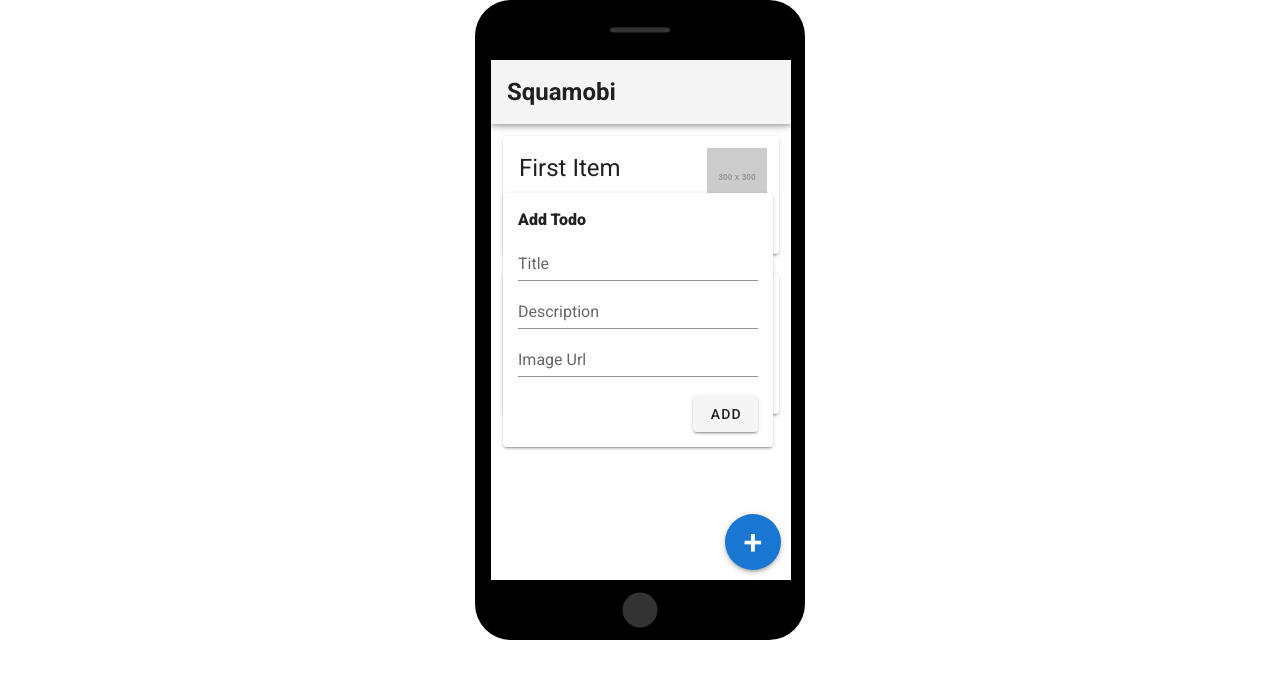
Repository: Keepnox/squamobi-interview
Page: /
An editor plug-in stored every save of this project. The page is shown before and after the next save, followed by the edit.
The browser window is 1280 px wide. The pictures show the whole page.
The project was rebuilt for these pictures with package versions that can differ from the ones it lists, and the page was loaded fresh each time. Also part of the build but not shown: vue.config.js. Imported but missing from the stored project, and not drawn on this page: src/views/About.vue.

Above is the page before, as saved 2022-01-15 23:57:39.

After the next save:
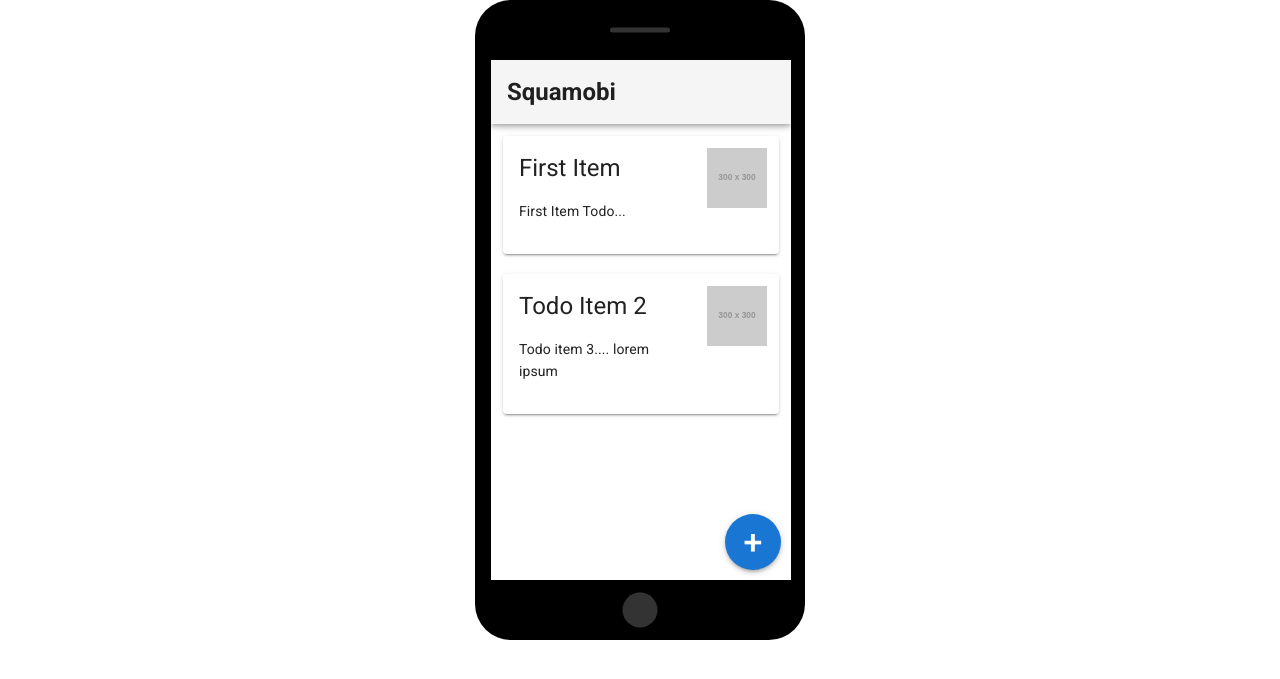
Saved 19 s later.
--- a/src/views/Home.vue
+++ b/src/views/Home.vue
@@ -49,7 +49,7 @@ export default {
   data () {
     return {
       todoData: [],
-      dialog: true,
+      dialog: false,
       image: "",
       description: "",
       title: ""
